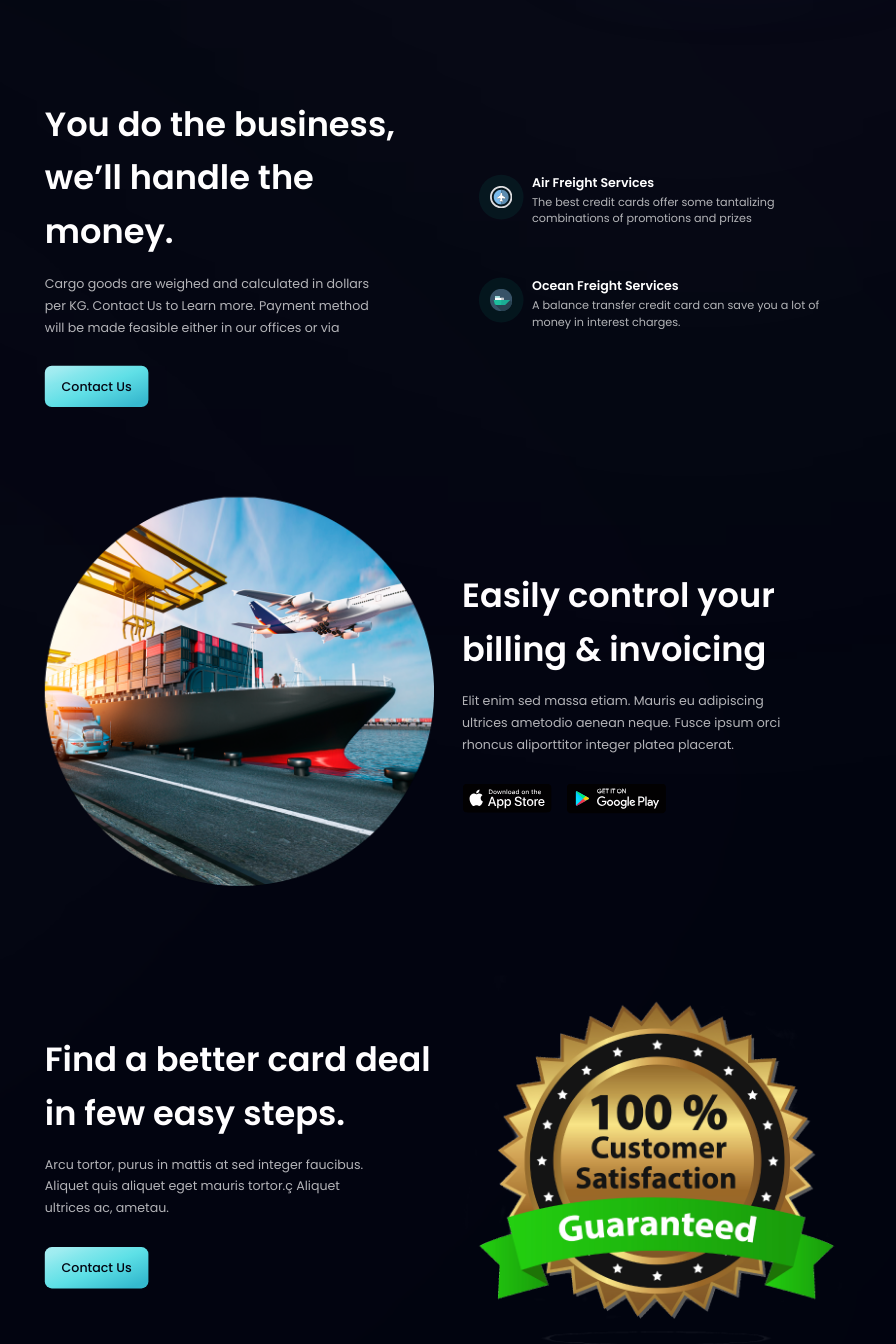
Repository: Miracleoluebube/captionlogistics
Page: /
These files come from the project's save history. The page is drawn as it stood at one moment and after the next save; the edit follows.
The browser window is 1280 px wide. The pictures show the part of the page from y = 1251 to 3171 px (the page is 5379 px tall before and 5409 px after), at 70% of full size.
The project was rebuilt for these pictures with package versions that can differ from the ones it lists, and the page was loaded fresh each time. Also part of the build but not shown: vite.config.js.

Above is the page before, as saved 2022-10-02 12:47:55.

### src/index.css
/* :root {
  font-family: Inter, Avenir, Helvetica, Arial, sans-serif;
  font-size: 16px;
  line-height: 24px;
  font-weight: 400;

  color-scheme: light dark;
  color: rgba(255, 255, 255, 0.87);
  background-color: #242424;

  font-synthesis: none;
  text-rendering: optimizeLegibility;
  -webkit-font-smoothing: antialiased;
  -moz-osx-font-smoothing: grayscale;
  -webkit-text-size-adjust: 100%;
}

a {
  font-weight: 500;
  color: #646cff;
  text-decoration: inherit;
}
a:hover {
  color: #535bf2;
}

body {
  margin: 0;
  display: flex;
  place-items: center;
  min-width: 320px;
  min-height: 100vh;
}

h1 {
  font-size: 3.2em;
  line-height: 1.1;
}

button {
  border-radius: 8px;
  border: 1px solid transparent;
  padding: 0.6em 1.2em;
  font-size: 1em;
  font-weight: 500;
  font-family: inherit;
  background-color: #1a1a1a;
  cursor: pointer;
  transition: border-color 0.25s;
}
button:hover {
  border-color: #646cff;
}
button:focus,
button:focus-visible {
  outline: 4px auto -webkit-focus-ring-color;
}
*/

@import url("https://fonts.googleapis.com/css2?family=Poppins:wght@400;500;600;700;800;900&display=swap");

@tailwind base;
@tailwind components;
@tailwind utilities;

:root {
  --black-gradient: linear-gradient(
    144.39deg,
    #ffffff -278.56%,
    #6d6d6d -78.47%,
    #11101d 91.61%
  );
  --card-shadow: 0px 20px 100px -10px rgba(66, 71, 91, 0.1);
}

* {
  scroll-behavior: smooth;
}

.text-gradient {
  background: radial-gradient(
    64.18% 64.18% at 71.16% 35.69%,
    #def9fa 0.89%,
    #bef3f5 17.23%,
    #9dedf0 42.04%,
    #7de7eb 55.12%,
    #5ce1e6 71.54%,
    #33bbcf 100%
  );
  -webkit-background-clip: text;
  -webkit-text-fill-color: transparent;
  background-clip: text;
  text-fill-color: transparent;
}

.bg-blue-gradient {
  background: linear-gradient(
    157.81deg,
    #def9fa -43.27%,
    #bef3f5 -21.24%,
    #9dedf0 12.19%,
    #7de7eb 29.82%,
    #5ce1e6 51.94%,
    #33bbcf 90.29%
  );
}

.bg-black-gradient {
  background: linear-gradient(
    144.39deg,
    #ffffff -278.56%,
    #6d6d6d -78.47%,
    #11101d 91.61%
  );
}

.bg-black-gradient-2 {
  background: linear-gradient(
    -168.39deg,
    #ffffff -278.56%,
    #6d6d6d -78.47%,
    #11101d 91.61%
  );
}

.bg-gray-gradient {
  background: linear-gradient(
    153.47deg,
    rgba(255, 255, 255, 0) -341.94%,
    #14101d 95.11%
  );
}

.bg-discount-gradient {
  background: linear-gradient(125.17deg, #272727 0%, #11101d 100%);
}

.box-shadow {
  box-shadow: 0px 20px 100px -10px rgba(66, 71, 91, 0.1);
}

.sidebar {
  -webkit-animation: slide-top 0.5s cubic-bezier(0.25, 0.46, 0.45, 0.94) both;
  animation: slide-top 0.5s cubic-bezier(0.25, 0.46, 0.45, 0.94) both;
}

@-webkit-keyframes slide-top {
  0% {
    -webkit-transform: translateY(100px);
    transform: translateY(100px);
  }
  100% {
    -webkit-transform: translateY(0);
    transform: translateY(0);
  }
}

@keyframes slide-top {
  0% {
    -webkit-transform: translateY(100px);
    transform: translateY(100px);
  }
  100% {
    -webkit-transform: translateY(0);
    transform: translateY(0);
  }
}

.feature-card:hover {
  background: var(--black-gradient);
  box-shadow: var(--card-shadow);
}

.feedback-container .feedback-card:last-child {
  margin-right: 0px;
}

.feedback-card {
  background: transparent;
}

.feedback-card:hover {
  background: var(--black-gradient);
}

.blue__gradient {
  background: linear-gradient(180deg, rgba(188, 165, 255, 0) 0%, #214d76 100%);
  filter: blur(123px);
}

.pink__gradient {
  background: linear-gradient(90deg, #f4c4f3 0%, #fc67fa 100%);
  filter: blur(900px);
}

.white__gradient {
  background: rgba(255, 255, 255, 0.6);
  filter: blur(750px);
}


@media (prefers-color-scheme: light) {
  :root {
    color: #213547;
    background-color: #ffffff;
  }
  a:hover {
    color: #747bff;
  }
  button {
    background-color: #f9f9f9;
  }
}

### src/style.js
const styles = {
  boxWidth: "xl:max-w-[1280px] w-full",

  heading2: "font-poppins font-semibold xs:text-[48px] text-[40px] text-white xs:leading-[76.8px] leading-[66.8px] w-full",
  paragraph: "font-poppins font-normal text-dimWhite text-[18px] leading-[30.8px]",

  flexCenter: "flex justify-center items-center",
  flexStart: "flex justify-center items-start",

  paddingX: "sm:px-16 px-6",
  paddingY: "sm:py-16 py-6",
  padding: "sm:px-16 px-6 sm:py-12 py-4",

  marginX: "sm:mx-16 mx-6",
  marginY: "sm:my-16 my-6",
};

export const layout = {
  section: `flex md:flex-row flex-col ${styles.paddingY}`,
  sectionReverse: `flex md:flex-row flex-col-reverse ${styles.paddingY}`,

  sectionImgReverse: `flex-1 flex ${styles.flexCenter} md:mr-10 mr-0 md:mt-0 mt-10 relative`,
  sectionImg: `flex-1 flex ${styles.flexCenter} md:ml-10 ml-0 md:mt-0 mt-10 relative`,

  sectionInfo: `flex-1 ${styles.flexStart} flex-col`,
};

export default styles;

### src/components/Navbar.jsx
import { useState } from "react";

import { close, logo, menu } from "../assets";
import { navLinks } from "../constants";

const Navbar = () => {
  const [active, setActive] = useState("Home");
  const [toggle, setToggle] = useState(false);

  return (
    <nav className="w-full flex py-6 justify-between items-center navbar">
      <img src={logo} alt="hoobank" className="w-[124px] h-[32px]" />

      <ul className="list-none sm:flex hidden justify-end items-center flex-1">
        {navLinks.map((nav, index) => (
          <li
            key={nav.id}
            className={`font-poppins font-normal cursor-pointer text-[16px] ${
              active === nav.title ? "text-white" : "text-dimWhite"
            } ${index === navLinks.length - 1 ? "mr-0" : "mr-10"}`}
            onClick={() => setActive(nav.title)}
          >
            <a href={`#${nav.id}`}>{nav.title}</a>
          </li>
        ))}
      </ul>

      <div className="sm:hidden flex flex-1 justify-end items-center">
        <img
          src={toggle ? close : menu}
          alt="menu"
          className="w-[28px] h-[28px] object-contain"
          onClick={() => setToggle(!toggle)}
        />

        <div
          className={`${
            !toggle ? "hidden" : "flex"
          } p-6 bg-black-gradient absolute top-20 right-0 mx-4 my-2 min-w-[140px] rounded-xl sidebar`}
        >
          <ul className="list-none flex justify-end items-start flex-1 flex-col">
            {navLinks.map((nav, index) => (
              <li
                key={nav.id}
                className={`font-poppins font-medium cursor-pointer text-[16px] ${
                  active === nav.title ? "text-white" : "text-dimWhite"
                } ${index === navLinks.length - 1 ? "mb-0" : "mb-4"}`}
                onClick={() => setActive(nav.title)}
              >
                <a href={`#${nav.id}`}>{nav.title}</a>
              </li>
            ))}
          </ul>
        </div>
      </div>
    </nav>
  );
};

export default Navbar;

### src/components/Billing.jsx
import { apple, bill, google } from "../assets";
import styles, { layout } from "../style";

const Billing = () => (
  <section id="product" className={layout.sectionReverse}>
    <div className={layout.sectionImgReverse}>
      <img src={bill} alt="billing" className="w-[100%] h-[100%] relative z-[5]" />

      {/* gradient start */}
      <div className="absolute z-[3] -left-1/2 top-0 w-[50%] h-[50%] rounded-full white__gradient" />
      <div className="absolute z-[0] w-[50%] h-[50%] -left-1/2 bottom-0 rounded-full pink__gradient" />
      {/* gradient end */}
    </div>

    <div className={layout.sectionInfo}>
      <h2 className={styles.heading2}>
        Easily control your <br className="sm:block hidden" /> billing &
        invoicing
      </h2>
      <p className={`${styles.paragraph} max-w-[470px] mt-5`}>
        Elit enim sed massa etiam. Mauris eu adipiscing ultrices ametodio
        aenean neque. Fusce ipsum orci rhoncus aliporttitor integer platea
        placerat.
      </p>

      <div className="flex flex-row flex-wrap sm:mt-10 mt-6">
        <img src={apple} alt="google_play" className="w-[128.86px] h-[42.05px] object-contain mr-5 cursor-pointer" />
        <img src={google} alt="google_play" className="w-[144.17px] h-[43.08px] object-contain cursor-pointer" />
      </div>
    </div>
  </section>
);

export default Billing;

### src/components/CardDeal.jsx
import { card } from "../assets";
import styles, { layout } from "../style";
import Button from "./Button";

const CardDeal = () => (
  <section id="contact Us" className={layout.section}>
    <div className={layout.sectionInfo}>
      <h2 className={styles.heading2}>
        Find a better card deal <br className="sm:block hidden" /> in few easy
        steps.
      </h2>
      <p className={`${styles.paragraph} max-w-[470px] mt-5`}>
        Arcu tortor, purus in mattis at sed integer faucibus. Aliquet quis
        aliquet eget mauris tortor.ç Aliquet ultrices ac, ametau.
      </p>

      <Button styles={`mt-10`} />
    </div>

    <div className={layout.sectionImg}>
      <img src={card} alt="billing" className="w-[100%] h-[100%]" />
    </div>
  </section>
);

export default CardDeal;

### src/components/Business.jsx
import { features } from "../constants";
import styles, { layout } from "../style";
import Button from "./Button";

const FeatureCard = ({ icon, title, content, index }) => (
  <div className={`flex flex-row p-6 rounded-[20px] ${index !== features.length - 1 ? "mb-6" : "mb-0"} feature-card`}>
    <div className={`w-[64px] h-[64px] rounded-full ${styles.flexCenter} bg-dimBlue`}>
      <img src={icon} alt="star" className="w-[50%] h-[50%] object-contain" />
    </div>
    <div className="flex-1 flex flex-col ml-3">
      <h4 className="font-poppins font-semibold text-white text-[18px] leading-[23.4px] mb-1">
        {title}
      </h4>
      <p className="font-poppins font-normal text-dimWhite text-[16px] leading-[24px]">
        {content}
      </p>
    </div>
  </div>
);

const Business = () =>  (
  <section id="features" className={layout.section}>
    <div className={layout.sectionInfo}>
      <h2 className={styles.heading2}>
        You do the business, <br className="sm:block hidden" /> we’ll handle
        the money.
      </h2>
      <p className={`${styles.paragraph} max-w-[470px] mt-5`}>
        Cargo goods are weighed and calculated in dollars per KG.
      Contact Us to Learn more.
      Payment method will be made feasible either in our offices or via
      </p>

      <Button styles={`mt-10`} />
    </div>

    <div className={`${layout.sectionImg} flex-col`}>
      {features.map((feature, index) => (
        <FeatureCard key={feature.id} {...feature} index={index} />
      ))}
    </div>
  </section>
);

export default Business;

### src/components/CTA.jsx
import styles from "../style";
import Button from "./Button";

const CTA = () => (
  <section className={`${styles.flexCenter} ${styles.marginY} ${styles.padding} sm:flex-row flex-col bg-black-gradient-2 rounded-[20px] box-shadow`}>
    <div className="flex-1 flex flex-col">
      <h2 className={styles.heading2}>Let’s try our service now!</h2>
      <p className={`${styles.paragraph} max-w-[470px] mt-5`}>
        Everything you need to accept card payments and grow your business
        anywhere on the planet.
      </p>
    </div>

    <div  className={`${styles.flexCenter} sm:ml-10 ml-0 sm:mt-0 mt-10`}>
      <Button />
    </div>
  </section>
);

export default CTA;

### src/components/Stats.jsx
import { stats } from "../constants";
import styles from "../style";

const Stats = () => (
  <section className={`${styles.flexCenter} flex-row flex-wrap sm:mb-20 mb-6`}>
    {stats.map((stat) => (
      <div key={stat.id} className={`flex-1 flex justify-start items-center flex-row m-3`} >
        <h4 className="font-poppins font-semibold xs:text-[40.89px] text-[30.89px] xs:leading-[53.16px] leading-[43.16px] text-white">
          {stat.value}
        </h4>
        <p className="font-poppins font-normal xs:text-[20.45px] text-[15.45px] xs:leading-[26.58px] leading-[21.58px] text-gradient uppercase ml-3">
          {stat.title}
        </p>
      </div>
    ))}
  </section>
);

export default Stats;

### src/components/Footer.jsx
import styles from "../style";
import { logo } from "../assets";
import { footerLinks, socialMedia } from "../constants";

const Footer = () => (
  <section className={`${styles.flexCenter} ${styles.paddingY} flex-col`}>
    <div className={`${styles.flexStart} md:flex-row flex-col mb-8 w-full`}>
      <div className="flex-[1] flex flex-col justify-start mr-10">
        <img
          src={logo}
          alt="hoobank"
          className="w-[266px] h-[72.14px] object-contain"
        />
        <p className={`${styles.paragraph} mt-4 max-w-[312px]`}>
         Head Office address: Number 10&11, A.O plaza, ground floor,
         Mandilas market Lagos island
        </p>
      </div>

      <div className="flex-[1.5] w-full flex flex-row justify-between flex-wrap md:mt-0 mt-10">
        {footerLinks.map((footerlink) => (
          <div key={footerlink.title} className={`flex flex-col ss:my-0 my-4 min-w-[150px]`}>
            <h4 className="font-poppins font-medium text-[18px] leading-[27px] text-white">
              {footerlink.title}
            </h4>
            <ul className="list-none mt-4">
              {footerlink.links.map((link, index) => (
                <li
                  key={link.name}
                  className={`font-poppins font-normal text-[16px] leading-[24px] text-dimWhite hover:text-secondary cursor-pointer ${
                    index !== footerlink.links.length - 1 ? "mb-4" : "mb-0"
                  }`}
                >
                  {link.name}
                </li>
              ))}
            </ul>
          </div>
        ))}
      </div>
    </div>

    <div className="w-full flex justify-between items-center md:flex-row flex-col pt-6 border-t-[1px] border-t-[#3F3E45]">
      <p className="font-poppins font-normal text-center text-[18px] leading-[27px] text-white">
        Copyright Ⓒ 2022. CaptionLogistics. All Rights Reserved.
      </p>

      <div className="flex flex-row md:mt-0 mt-6">
        {socialMedia.map((social, index) => (
          <img
            key={social.id}
            src={social.icon}
            alt={social.id}
            className={`w-[21px] h-[21px] object-contain cursor-pointer ${
              index !== socialMedia.length - 1 ? "mr-6" : "mr-0"
            }`}
            onClick={() => window.open(social.link)}
          />
        ))}
      </div>
    </div>
  </section>
);

export default Footer;

### src/components/Testimonials.jsx
import { feedback } from "../constants";
import styles from "../style";
import FeedbackCard from "./FeedbackCard";

const Testimonials = () => (
  <section id="clients" className={`${styles.paddingY} ${styles.flexCenter} flex-col relative `}>
    <div className="absolute z-[0] w-[60%] h-[60%] -right-[50%] rounded-full blue__gradient bottom-40" />

    <div className="w-full flex justify-between items-center md:flex-row flex-col sm:mb-16 mb-6 relative z-[1]">
      <h2 className={styles.heading2}>
        What People are <br className="sm:block hidden" /> saying about us
      </h2>
      <div className="w-full md:mt-0 mt-6">
        <p className={`${styles.paragraph} text-left max-w-[450px]`}>
          Everything you need to accept card payments and grow your business
          anywhere on the planet.
        </p>
      </div>
    </div>

    <div className="flex flex-wrap sm:justify-start justify-center w-full feedback-container relative z-[1]">
      {feedback.map((card) => <FeedbackCard key={card.id} {...card} />)}
    </div>
  </section>
);

export default Testimonials;

### src/components/Hero.jsx
import styles from "../style";
import { discount, robot } from "../assets";
import GetStarted from "./GetStarted";

const Hero = () => {
  return (
    <section id="home" className={`flex md:flex-row flex-col ${styles.paddingY}`}>
      <div className={`flex-1 ${styles.flexStart} flex-col xl:px-0 sm:px-16 px-6`}>
        <div className="flex flex-row items-center py-[6px] px-4 bg-discount-gradient rounded-[10px] mb-2">
          <img src={discount} alt="discount" className="w-[32px] h-[32px]" />
          <p className={`${styles.paragraph} ml-2`}>
            <span className="text-white">Call us </span> +234{" "}
            <span className="text-white">806 {" "} 750 {" "} 7539</span>
          </p>
        </div>

        <div className="flex flex-row justify-between items-center w-full">
          <h1 className="flex-1 font-poppins font-semibold ss:text-[72px] text-[52px] text-white ss:leading-[100.8px] leading-[75px]">
            Your trusted <br className="sm:block hidden" />{" "}
            <span className="text-gradient">Freight & Shipping</span>{" "}
          </h1>
          <div className="ss:flex hidden md:mr-4 mr-0">
            <GetStarted />
          </div>
        </div>

        <h1 className="font-poppins font-semibold ss:text-[68px] text-[52px] text-white ss:leading-[100.8px] leading-[75px] w-full">
  company From Turkey to Nigeria.
        </h1>
        <p className={`${styles.paragraph} max-w-[470px] mt-5`}>
          We are a  full-service Cargo and Logistics
          company registered under the federal Republic of Nigeria that offers freight
          and shipping of goods from Turkey
          to Nigeria.Our Mission is to retain our leadership
          in providing affordable
          & efficient service. Visit us Today.
        </p>
      </div>

      <div className={`flex-1 flex ${styles.flexCenter} md:my-0 my-10 relative`}>
        <img src={robot} alt="billing" className="w-[100%] h-[100%] relative z-[5]" />

        {/* gradient start */}
        <div className="absolute z-[0] w-[40%] h-[35%] top-0 pink__gradient" />
        <div className="absolute z-[1] w-[80%] h-[80%] rounded-full white__gradient bottom-40" />
        <div className="absolute z-[0] w-[50%] h-[50%] right-20 bottom-20 blue__gradient" />
        {/* gradient end */}
      </div>

      <div className={`ss:hidden ${styles.flexCenter}`}>
        <GetStarted />
      </div>
    </section>
  );
};

export default Hero;

### src/assets/index.js
import airbnb from "./airbnb.png";
import bill from "./bill.png";
import binance from "./binance.png";
import card from "./card.png";
import coinbase from "./coinbase.png";
import dropbox from "./dropbox.png";
import logo from "./logo.svg";
import quotes from "./quotes.svg";
import robot from "./robot.png";
import send from "./Send.svg";
import shield from "./Shield.svg";
import star from "./Star.svg";
import menu from "./menu.svg";
import close from "./close.svg";
import google from "./google.svg";
import apple from "./apple.svg";
import arrowUp from "./arrow-up.svg";
import discount from "./Discount.svg";
import facebook from "./facebook.svg";
import instagram from "./instagram.svg";
import linkedin from "./linkedin.svg";
import twitter from "./twitter.svg";
import people01 from "./people01.png";
import people02 from "./people02.png";
import people03 from "./people03.png";

export {
  airbnb,
  bill,
  binance,
  card,
  coinbase,
  dropbox,
  logo,
  quotes,
  robot,
  send,
  shield,
  star,
  menu,
  close,
  google,
  apple,
  arrowUp,
  discount,
  facebook,
  instagram,
  linkedin,
  twitter,
  people01,
  people02,
  people03,
};

### src/components/Button.jsx
import React from "react";

const Button = ({ styles }) => (
  <a href="https://wa.me/2348067507539">
  <button  type="button" className={`py-4 px-6 font-poppins font-medium text-[18px] text-primary bg-blue-gradient rounded-[10px] outline-none ${styles}`}>
    Contact Us
  </button>
  </a>
);



export default Button;

### src/components/FeedbackCard.jsx
import { quotes } from "../assets";

const FeedbackCard = ({ content, name, title, img }) => (
  <div className="flex justify-between flex-col px-10 py-12 rounded-[20px]  max-w-[370px] md:mr-10 sm:mr-5 mr-0 my-5 feedback-card">
    <img src={quotes} alt="double_quotes" className="w-[42.6px] h-[27.6px] object-contain" />
    <p className="font-poppins font-normal text-[18px] leading-[32.4px] text-white my-10">
      {content}
    </p>

    <div className="flex flex-row">
      <img src={img} alt={name} className="w-[48px] h-[48px] rounded-full" />
      <div className="flex flex-col ml-4">
        <h4 className="font-poppins font-semibold text-[20px] leading-[32px] text-white">
          {name}
        </h4>
        <p className="font-poppins font-normal text-[16px] leading-[24px] text-dimWhite">
          {title}
        </p>
      </div>
    </div>
  </div>
);


export default FeedbackCard;

### src/components/GetStarted.jsx
import styles from "../style";
import { arrowUp } from "../assets";

const GetStarted = () => (
  <div className={`${styles.flexCenter} w-[140px] h-[140px] rounded-full bg-blue-gradient p-[2px] cursor-pointer`}>
    <div className={`${styles.flexCenter} flex-col bg-primary w-[100%] h-[100%] rounded-full`}>
      <div className={`${styles.flexStart} flex-row`}>
        <p className="font-poppins font-medium text-[18px] leading-[23.4px]">
          <span className="text-gradient">Track Your</span>
        </p>
        <img src={arrowUp} alt="arrow-up" className="w-[23px] h-[23px] object-contain" />
      </div>

      <p className="font-poppins font-medium text-[18px] leading-[23.4px]">
        <span className="text-gradient">Goods</span>
      </p>
    </div>
  </div>
);

export default GetStarted;

Loaded but not shown: index.html (common file); src/main.jsx (common file); src/App.jsx (common file); src/components/index.js (common file); src/components/Clients.jsx (common file); tailwind.config.cjs (common file); src/constants/index.js (202 lines, source omitted)

After the next save:
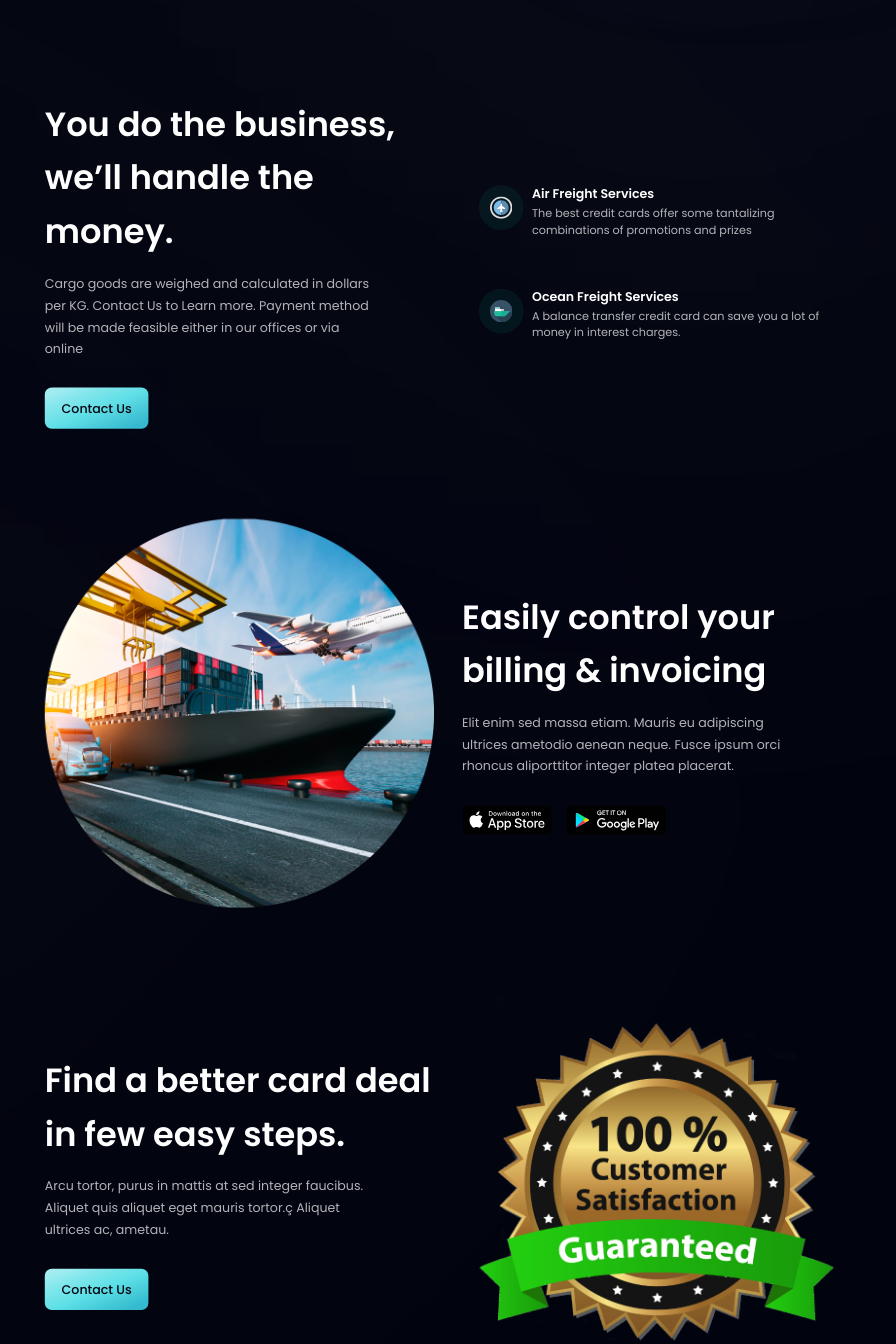
Saved 4 s later.
--- a/src/components/Business.jsx
+++ b/src/components/Business.jsx
@@ -28,7 +28,7 @@
       <p className={`${styles.paragraph} max-w-[470px] mt-5`}>
         Cargo goods are weighed and calculated in dollars per KG.
       Contact Us to Learn more.
-      Payment method will be made feasible either in our offices or via
+      Payment method will be made feasible either in our offices or via online
       </p>
 
       <Button styles={`mt-10`} />
